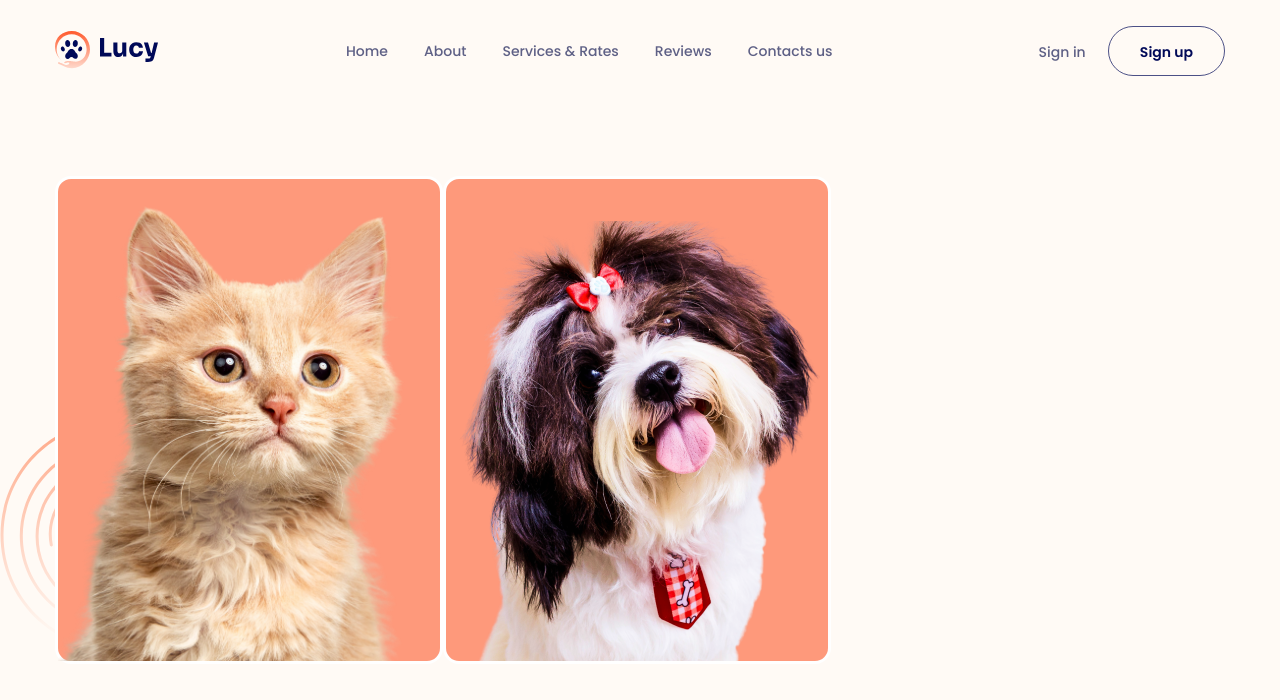
Repository: empty24062002/f8-project-05
Page: index.html
These files come from the project's save history. The page is drawn as it stood at one moment and after the next save; the edit follows.
The browser window is 1280 px wide. The pictures show the whole page.

Above is the page before, as saved 2023-09-09 17:30:58.

After the next save:
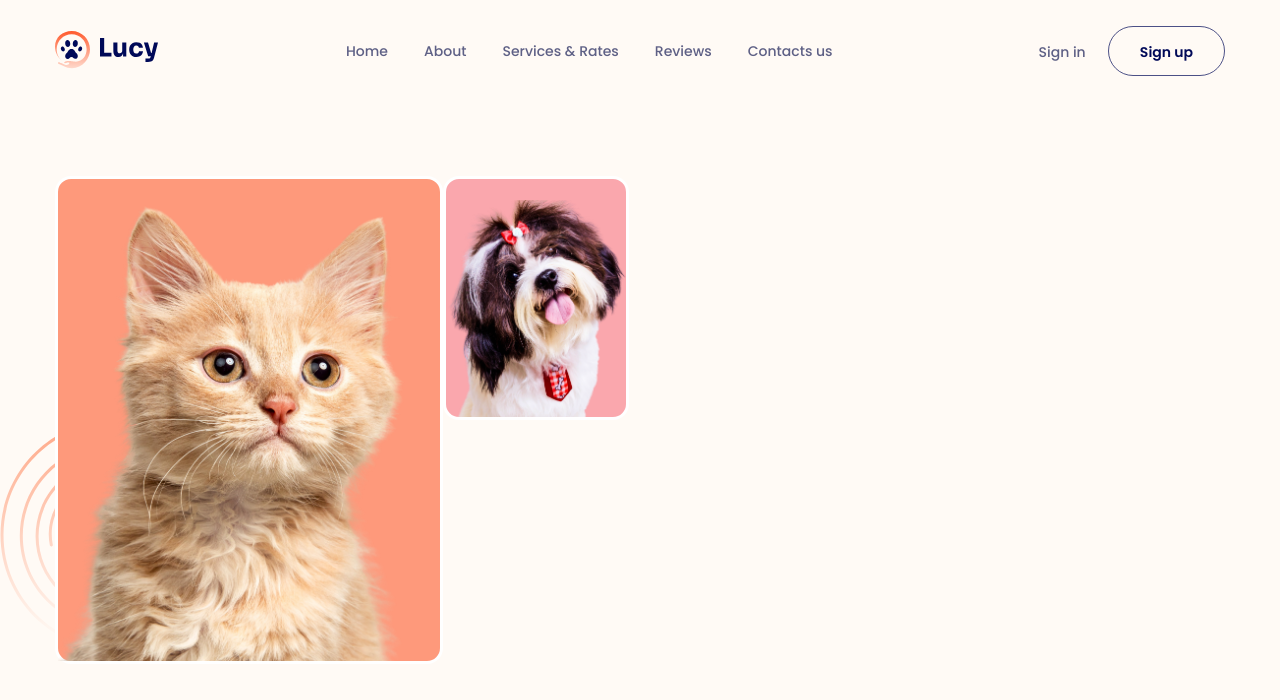
Saved 69 s later.
--- a/assets/css/styles.css
+++ b/assets/css/styles.css
@@ -142,5 +142,12 @@ a {
     right: -43px;
 }
 
+.hero__img-wrap-small {
+    width: 186px;
+    height: 244px;
+    border-radius: 16px;
+    background: #faa7ad;
+}
+
 .hero__img-small {
 }
